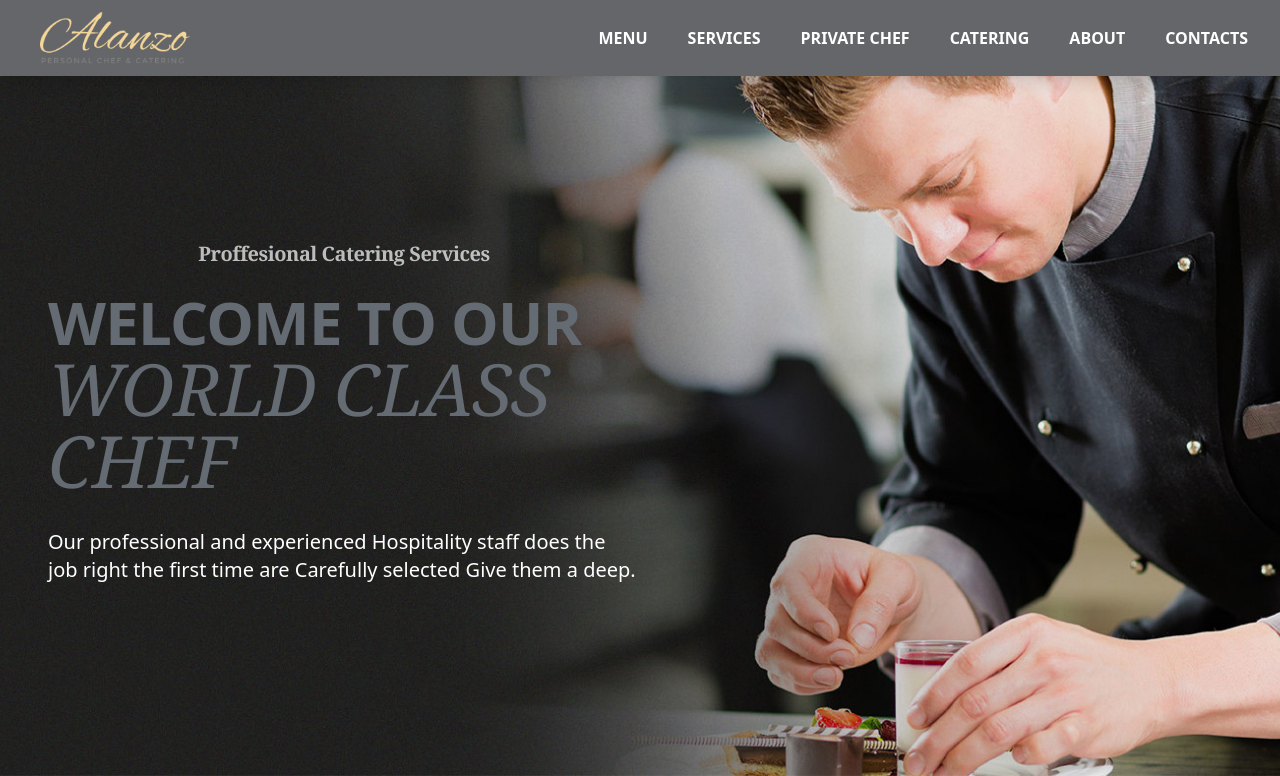
Repository: remydev47/alanzo
Page: /
An editor plug-in stored every save of this project. The page is shown before and after the next save, followed by the edit.
The browser window is 1280 px wide. The pictures show the whole page.
The project was rebuilt for these pictures with package versions that can differ from the ones it lists, and the page was loaded fresh each time. The framework's server and built-in components were replaced by stand-ins that run in the browser. Also part of the build but not shown: next.config.js.

Above is the page before, as saved 2022-12-17 11:09:36.

### pages/_app.tsx
import '../styles/globals.css'
import type { AppProps } from 'next/app'
import Navbar from '../components/Navbar'

function MyApp({ Component, pageProps }: AppProps) {
  return (
    <>
      <Navbar />
      <Component {...pageProps} />
    </>
  )
}

export default MyApp

### pages/index.tsx
import type { NextPage } from 'next'
import Head from 'next/head'
import Image from 'next/image'
import Hero from '../components/Hero'

const Home: NextPage = () => {
  return (
    <div className="bg-primary-black">
      <Head>
        <title>Avantos</title>
        <link rel="icon" href="/favicon.ico" />
      </Head>
      <Hero />

    </div>
  )
}

export default Home

### components/Navbar.tsx
import React from 'react';
import { navLinks } from '../constants';
import Menupopover from './Menupopover';
import Image from 'next/image';
import Logo from './Logo';
import { Button } from './Button';

const Navbar = () => {
  return (
    <header className="fixed inset-x-0 bg-[#646669] z-20 flex justify-between items-center py-2 px-2 shadow-lg dark:bg-slate-900 sm:py-3 sm:px-8">
            <div className='flex grow-0 basis-1/3 md:hidden'>
                <Menupopover />
            </div>

             <div className='flex grow-0 ml-2 justify-center md:justify-start'>
                <Logo />

            </div>


            <ul className="list-none sm:flex hidden justify-end items-center flex-1">
            {navLinks.map((nav, index) => (
                <li
                key={nav.id}
                className={`font-bold cursor-pointer text-[16px]
                   ${index === navLinks.length - 1 ? 'mr-0' : 'mr-10'}
                  text-white `}
                >
                    <a>{nav.title}</a>
                </li>
            ))}
           </ul>


        </header>
  )
}

export default Navbar

### components/Hero.tsx
import React from 'react'

const Hero = () => {
  return (
    <section className='relative pt-48 pb-12 xl:pt-60 sm:pb-16 lg:pb-32 xl:pb-48 2xl:pb-56'>
    <div className="absolute inset-0">
     <img className="object-cover w-full h-full" src="/images/hero.jpg" alt="" />
    </div>
   <div className='relative'>
    <div className="px-6 mx-auto sm:px-8 lg:px-12 max-w-7xl">
      <div className="w-full lg:w-2/3 xl:w-1/2">
        <h1 className="font-serif text-xl font-bold tracking-tight text-white text-opacity-70 text-center">Proffesional Catering Services</h1>
        <p className="mt-6 tracking-tighter text-[#656b72]">
          <span className="font-sans font-bold text-6xl">WELCOME TO OUR </span><br />
          <span className="font-serif italic font-BOLD text-7xl">WORLD CLASS CHEF</span>
        </p>
        <p className="mt-8 font-erif text-xl font-normal text-[#fff]">
         Our professional and experienced Hospitality staff does the job right the first time are Carefully selected Give them a deep.
        </p>
      </div>
    </div>
   </div>
  </section>
  )
}

export default Hero

### constants/index.ts
export const navLinks =[
    {
        id:"menu",
        title:"MENU",
    },
    {
        id:"services",
        title:"SERVICES",
    },
    {
        id:"privatechef",
        title:"PRIVATE CHEF",
    },
    {
        id:"catering",
        title:"CATERING",
    },
    {
        id:"aboutus",
        title:"ABOUT",
    },
    {
        id:"contacts",
        title:"CONTACTS",
    },
]

### components/Menupopover.tsx
import React, {useState, Fragment} from 'react';
import { navLinks } from '../constants';
import { IconButton, Button } from './Button';
import { Transition, Dialog } from '@headlessui/react';
import Logo from './Logo';
import Image from 'next/image';

const Menupopover = () => {
  const [isOpen, setIsOpen] = useState(false)

  return (
    <div>
    <IconButton
      variant='ghost'
      aria-label='menu'
      onClick={() => setIsOpen(!isOpen)}
    >
      <svg className='w-6 h-6 ' fill='none' stroke='currentColor'>
        <path
          strokeLinecap='round'
          strokeLinejoin='round'
          strokeWidth={2}
          d='M4 6h16M4 12h16M4 18h16'
        />
      </svg>
    </IconButton>
    <Transition
      show={isOpen}
      appear
      as={Fragment}
      enter='transform transition ease-in-out duration-300'
      enterFrom='-translate-x-full'
      enterTo='translate-x-0'
      leave='transform transition ease-in-out duration-300 delay-200'
      leaveFrom='translate-x-0'
      leaveTo='-translate-x-full'
     >
     <Dialog
       as='div'
       className={`fixed inset-0 z-50`}
       onClose={setIsOpen}
       open={isOpen}
       >
       <Transition.Child
         as={Fragment}
         enter='ease-out duration-300 delay-300'
         enterFrom='opacity-0'
         enterTo='opacity-100'
         leave='ease-in duration-200'
         leaveFrom='opacity-100'
         leaveTo='opacity-0'
       >

        <Dialog.Overlay
          className={`fixed inset-0 bg-black/20 backdrop-blur-sm dark:bg-gray-900/80`}
         />
      </Transition.Child>
       <div className={styles.dialogcontainer}>
        <a className='mx-auto mt-4 flex w-[140px] '>
          <Logo />
        </a>
        <ul
            className={styles.navWrapper2}
         >
            {navLinks.map((nav, index) => (
                <li
                 key={nav.id}
                 className={` font-bold cursor-pointer text-[16px]
                  mt-2 border-t border-slate-200 py-4 dark:border-slate-600
                  ${index === navLinks.length - 1 ? 'mr-0' : 'mb-4'}
                  text-white `}
                >
                 <a href={`#${nav.id}`}>
                    {nav.title}
                 </a>
                </li>
             ))}
         </ul>

        <IconButton
          variant='ghost'
          aria-label='close menu'
          className='absolute top-5 right-5'
          onClick={() => setIsOpen(false)}
        >
          <svg
            viewBox='0 0 10 10'
            className='h-2.5 w-2.5 overflow-visible'
            aria-hidden='true'
          >
            <path
                d='M0 0L10 10M10 0L0 10'
                fill='none'
                stroke='currentColor'
                strokeWidth='2'
                strokeLinecap='round'
              />
          </svg>
        </IconButton>
       </div>
     </Dialog>
    </Transition>
  </div>
  )
}

export default Menupopover;

const styles ={
  dialogcontainer:`fixed top-0 bottom-0 left-0 w-full max-w-xs rounded-r-xl bg-[#092341] p-6 shadow-lg dark:bg-gray-800`,
  menuitems:`group relative flex h-9 items-center oveflow-hidden rounded-md hover:bg-slate-200/50`,
  navWrapper2:`list-none flex flex-col justify-end items-center flex-1`,
}

### components/Logo.tsx
import React from 'react'
import Image from 'next/image'

const Logo = () => {
  return (
    <div>
      <Image
        src='/images/logo.png'
        alt='Alanzo'
        height={60}
        width={150}
      />
    </div>
  )
}

export default Logo

### components/Button/index.tsx
import React, { forwardRef } from "react";
//import { __DEV__ } from "../../utils/assertions";

type BaseButtonProps = Omit<React.HTMLProps<HTMLButtonElement>, "size">;

/* === Button Element === */

export interface ButtonProps extends BaseButtonProps {
  children: React.ReactNode;
  fullWidth?: boolean;
  className?: string;
  variant?: "solid" | "outline" | "ghost";
  size?: "sm" | "md" | "lg";
  as?: string;
  isExternal?: boolean;
  type?: "button" | "submit" | "reset";
}

export const Button = forwardRef<HTMLButtonElement, ButtonProps>(
  (
    {
      children,
      variant = "solid",
      size = "md",
      fullWidth = false,
      className,
      as = "button",
      isExternal = false,
      ...rest
    },
    ref
  ) => {
    let tempClassNames: string[] = [];

    const sharedClasses = [
      "capitalize",
      "focus:outline-none",
      "focus:ring-2",
      "focus:ring-indigo-400",
      "focus:ring-offset-2",
      "focus:ring-offset-indigo-50",
      "font-semibold",
      "rounded-full",
      "inline-flex",
      "flex-shrink-0",
      "items-center",
      "justify-center",
      "transition-colors",
      "ease-in-out",
      "duration-500",
    ];

    if (fullWidth) sharedClasses.push("w-full");

    // handle variants
    let btnSolid = ["bg-indigo-600", "hover:bg-indigo-700", "text-white"];
    let btnOutline = [
      "dark:text-white",
      "hover:text-indigo-700",
      "hover:dark:text-indigo-700",
      "bg-transparent",
      "hover:bg-indigo-50",
      "border",
      "border-indigo-600",
    ];
    let btnGhost = [
      "bg-transparent",
      "dark:text-white",
      "hover:bg-indigo-50",
      "hover:text-indigo-700",
      "hover:dark:text-indigo-700",
    ];

    if (variant === "solid") {
      tempClassNames = [...sharedClasses, ...btnSolid];
    } else if (variant === "outline") {
      tempClassNames = [...sharedClasses, ...btnOutline];
    } else if (variant === "ghost") {
      tempClassNames = [...sharedClasses, ...btnGhost];
    }

    // handle sizes
    let sizeSm = ["h-8", "px-2", "text-sm"];
    let sizeMd = ["h-10", "px-3"];
    let sizeLg = ["h-12", "px-4", "text-lg"];

    if (size === "sm") {
      tempClassNames = [...tempClassNames, ...sizeSm];
    } else if (size === "md") {
      tempClassNames = [...tempClassNames, ...sizeMd];
    } else if (size === "lg") {
      tempClassNames = [...tempClassNames, ...sizeLg];
    }

    let classes = tempClassNames.join(" ");

    let Element = as ? (
      React.createElement(
        as,
        {
          className: `${classes} ${className}`,
          target: isExternal ? "_blank" : undefined,
          rel: isExternal ? "noopener noreferrer" : undefined,
          ref,
          ...rest,
        },
        children
      )
    ) : (
      <button {...rest} className={`${classes} ${className}`} ref={ref}>
        {children}
      </button>
    );

    return Element;
  }
);

// if (__DEV__) {
//   Button.displayName = "Button";
// }

/* === IconButton Element === */

export interface IconButtonProps extends ButtonProps {
  icon?: React.ReactElement;
  "aria-label": string;
}

export const IconButton = forwardRef<HTMLButtonElement, IconButtonProps>(
  (
    {
      children,
      icon,
      className,
      "aria-label": ariaLabel,
      size = "md",
      ...rest
    },
    ref
  ) => {
    let sharedClasses = ["rounded-full", "!px-0"];

    // handle sizes
    let sizeSm = ["w-8"];
    let sizeMd = ["w-10"];
    let sizeLg = ["w-12"];

    if (size === "sm") {
      sharedClasses = [...sharedClasses, ...sizeSm];
    } else if (size === "md") {
      sharedClasses = [...sharedClasses, ...sizeMd];
    } else if (size === "lg") {
      sharedClasses = [...sharedClasses, ...sizeLg];
    }

    /**
     * Passing the icon as prop or children should work
     */
    const element = icon || children;
    const _children = React.isValidElement(element)
      ? React.cloneElement(element as any, {
          "aria-hidden": true,
          focusable: false,
        })
      : null;

    let classes = sharedClasses.join(" ");
    return (
      <Button
        className={`${classes} ${className}`}
        aria-label={ariaLabel}
        size={size}
        {...rest}
        ref={ref}
      >
        {_children}
      </Button>
    );
  }
)

### tailwind.config.js
/** @type {import('tailwindcss').Config} */
module.exports = {
  content: [
    './pages/**/*.{js,ts,jsx,tsx}',
    './components/**/*.{js,ts,jsx,tsx}',
  ],
  theme: {
    extend: {
      backgroundImage: {
        'bg_2': "url('/images/bg_2.jpg')",
      },
      colors: {
        'primary-black': '#1A232E',
        'secondary-white': '#c7c7c7',
      },
    },
  },
  plugins: [],
}

Loaded but not shown: styles/globals.css (common file)

After the next save:
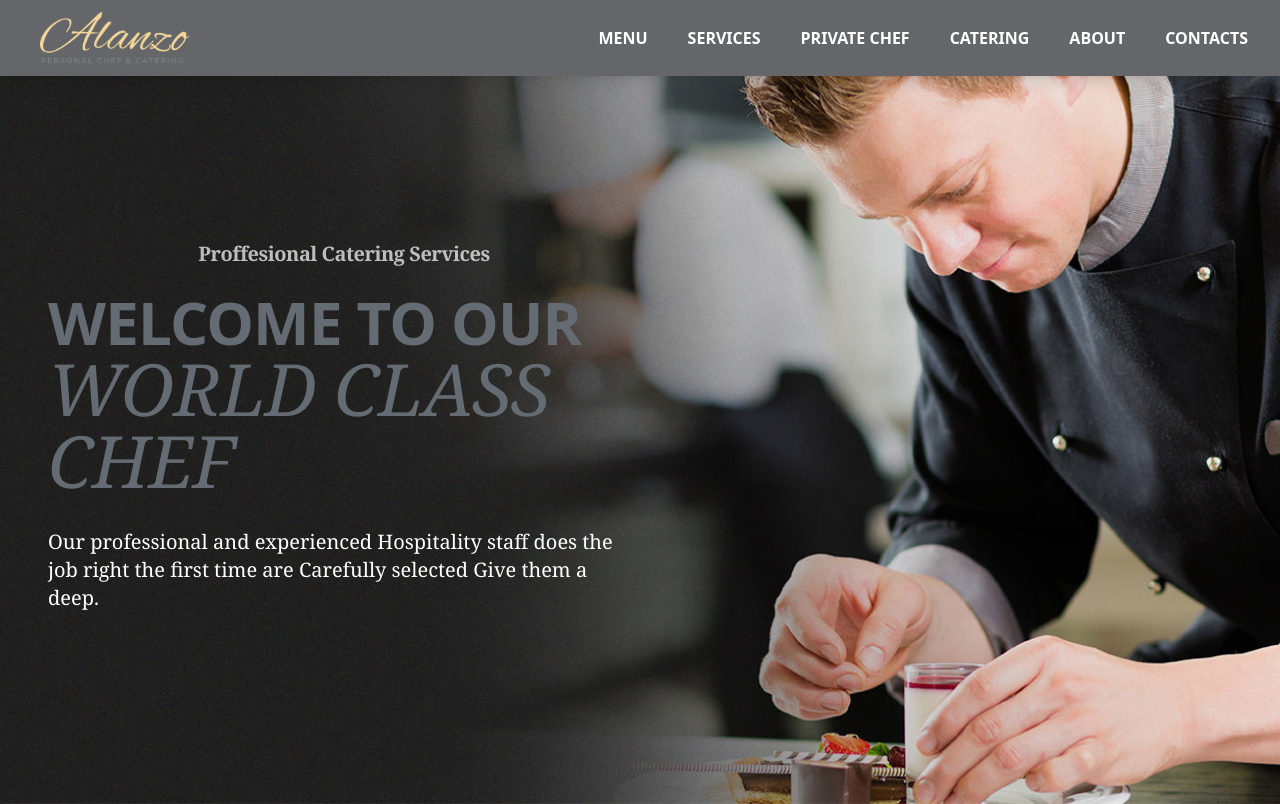
Saved 22 s later.
--- a/components/Hero.tsx
+++ b/components/Hero.tsx
@@ -14,7 +14,7 @@ const Hero = () => {
           <span className="font-sans font-bold text-6xl">WELCOME TO OUR </span><br />
           <span className="font-serif italic font-BOLD text-7xl">WORLD CLASS CHEF</span>
         </p>
-        <p className="mt-8 font-erif text-xl font-normal text-[#fff]">
+        <p className="mt-8 font-erif text-xl font-serif text-[#fff]">
          Our professional and experienced Hospitality staff does the job right the first time are Carefully selected Give them a deep.
         </p>
       </div>
